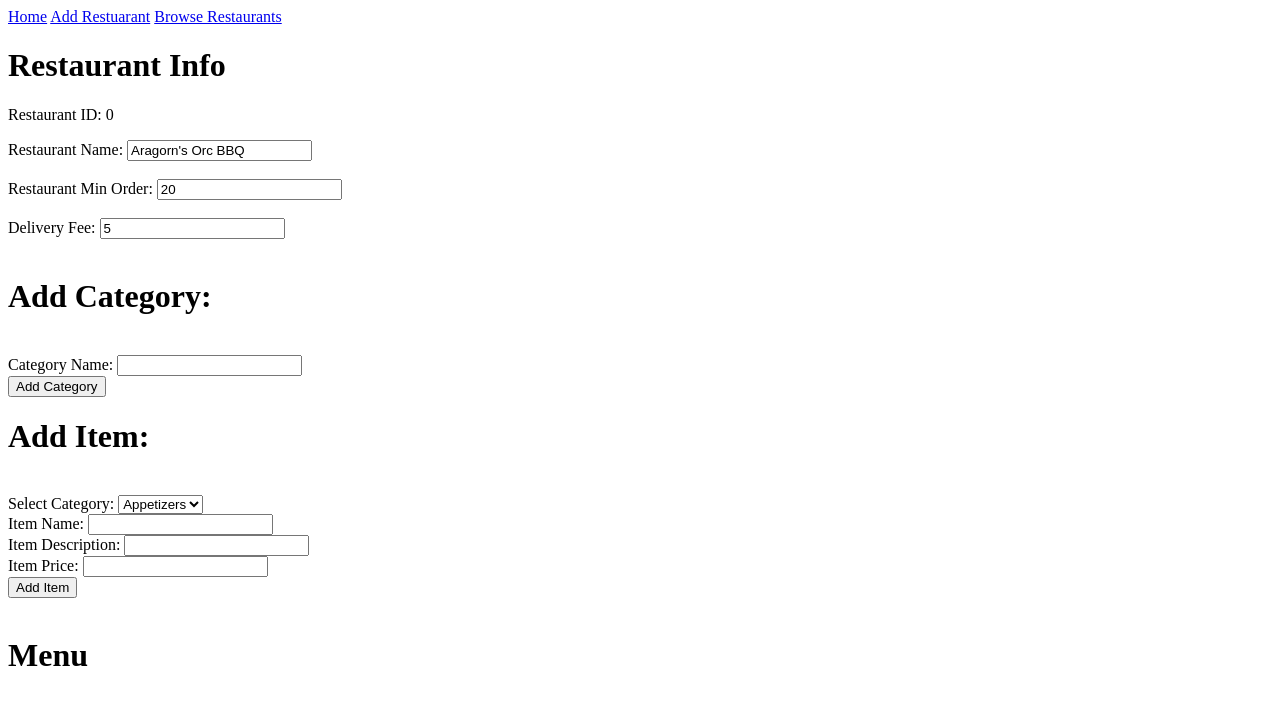
Repository: hudaali14/Carleton
Page: http://localhost/restaurants/0
An editor plug-in stored every save of this project. The page is shown before and after the next save, followed by the edit.
The browser window is 1280 px wide. The pictures show the whole page.
The page is served by the project's Node server (server.js).

Above is the page before, as saved 2020-03-12 18:03:30.

After the next save:
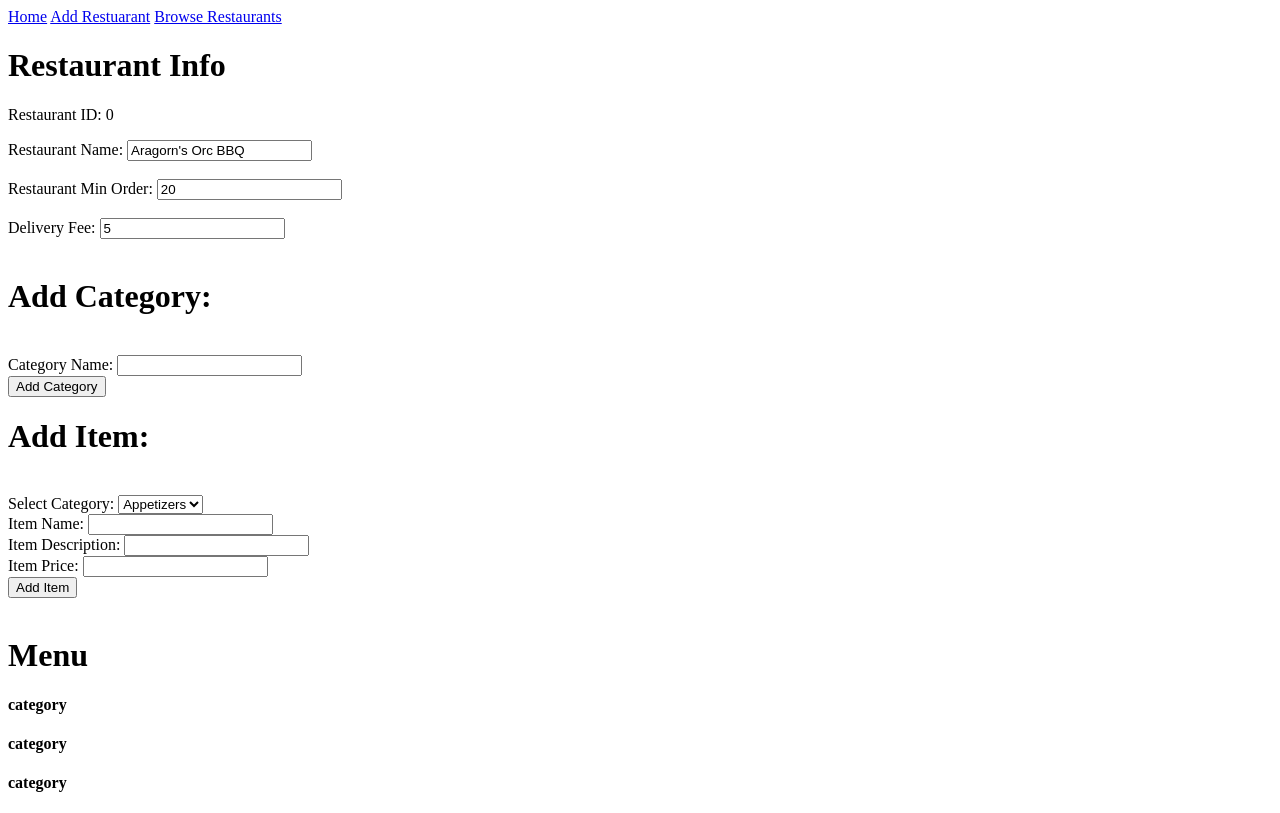
Saved 4 min 13 s later.
--- a/2406/Assignments/Assignment3 (100)/views/pages/restaurantpage.pug
+++ b/2406/Assignments/Assignment3 (100)/views/pages/restaurantpage.pug
@@ -50,4 +50,8 @@ body
     br
 
     - let menu = restaurant.menu;
+
     h1 Menu
+
+    each category in menu
+        h4 category
